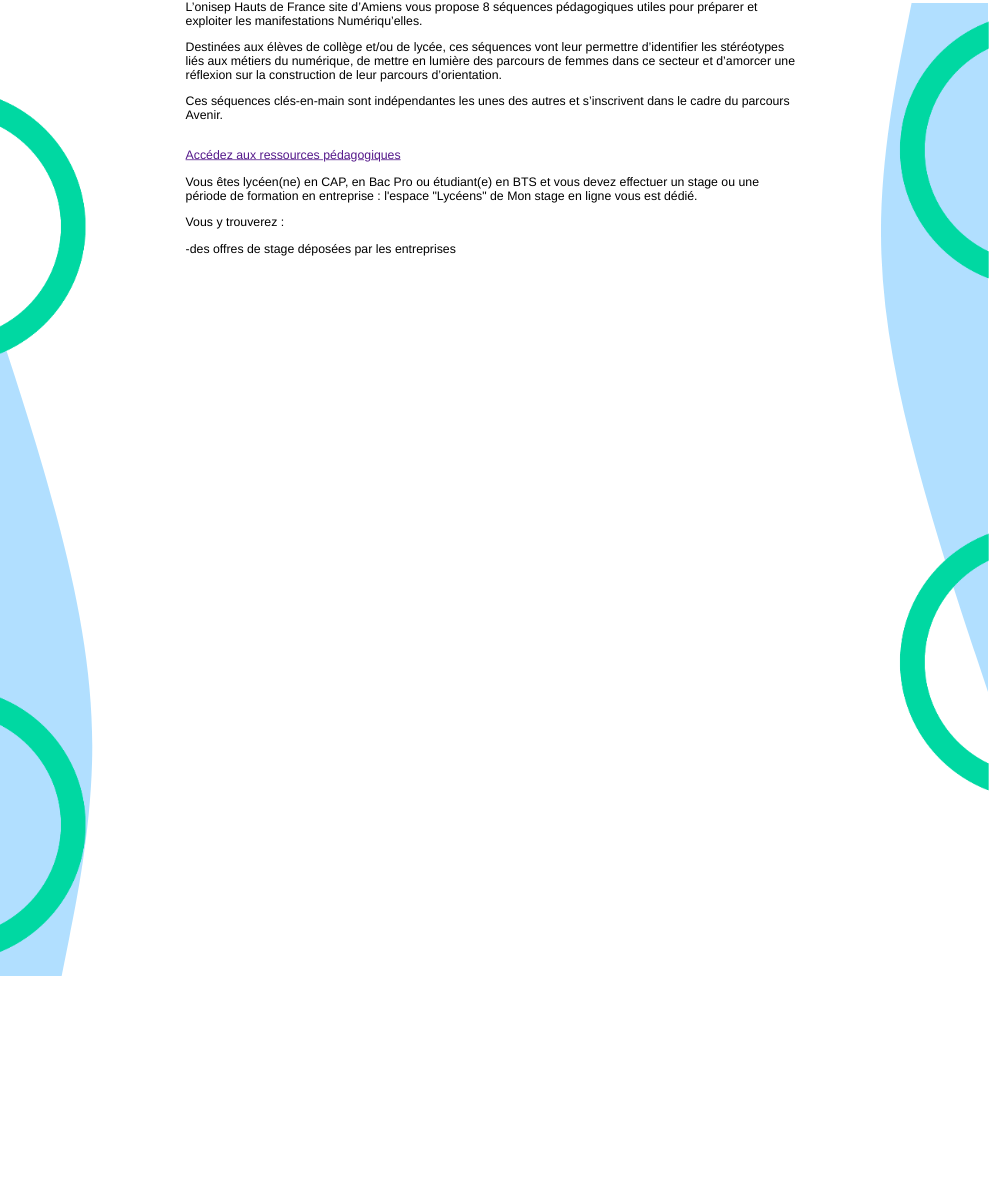
Repository: FrancisClerfayt/NumeriquElles
Page: preparation.html
These files come from the project's save history. The page is drawn as it stood at one moment and after the next save; the edit follows.
The browser window is 1280 px wide. The page is 1284 px wide, so the pictures cover 1284 px, including what lies to the right of the window. The pictures show the whole page, at 77% of full size.

Above is the page before, as saved 2020-10-27 15:59:39.

After the next save:
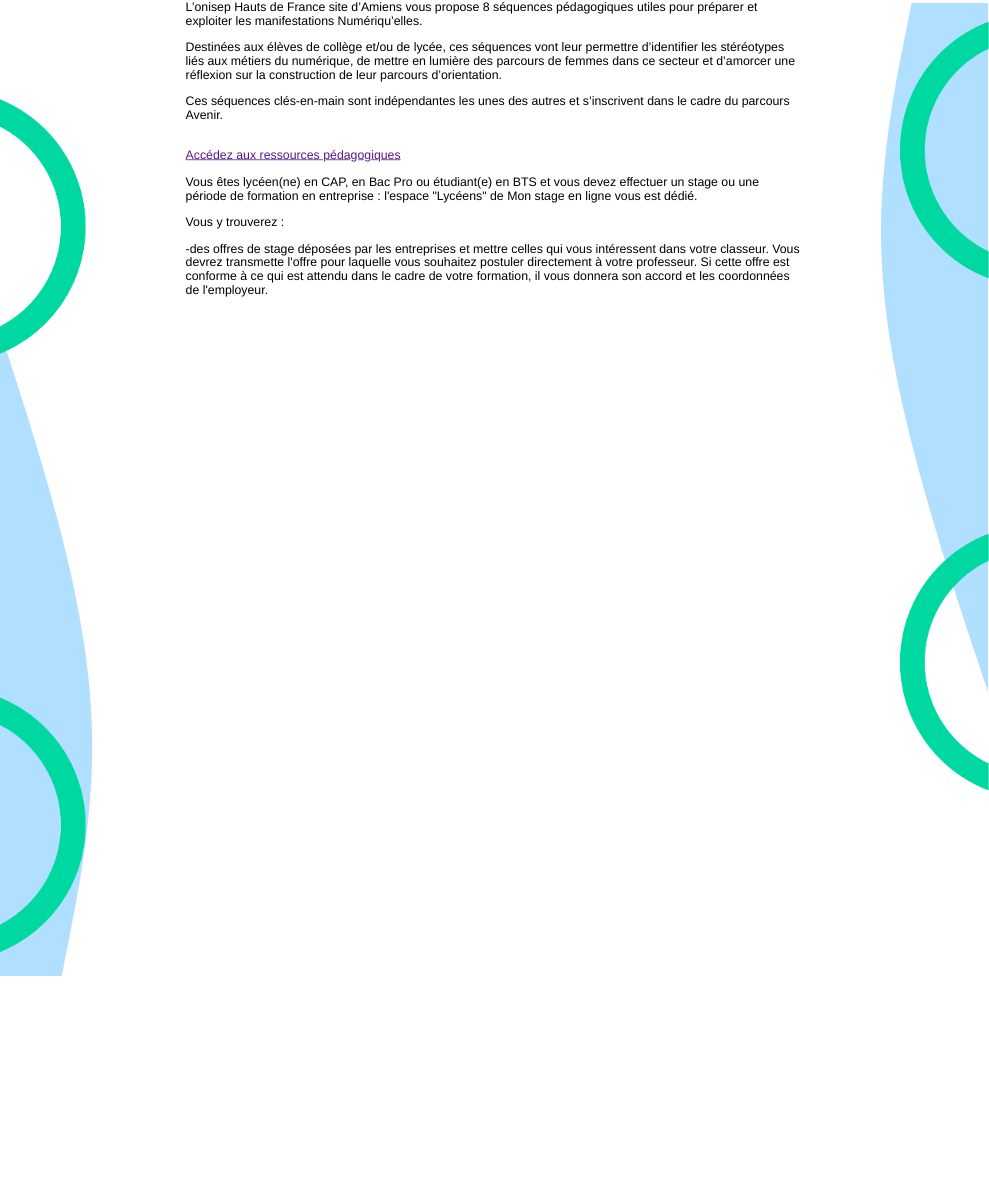
Saved 23 s later.
--- a/preparation.html
+++ b/preparation.html
@@ -30,7 +30,10 @@
             <div class="textBottomP">
                 <P class="blackF">Vous êtes lycéen(ne) en CAP, en Bac Pro ou étudiant(e) en BTS et vous devez effectuer un stage ou une période de formation en entreprise  : l'espace "Lycéens" de Mon stage en ligne vous est dédié. </P>
                 <P class="blackF">Vous y trouverez :</P>
-                <p><span class="blackF">    -des offres de stage déposées par les entreprises</span></p>
+                <p><span class="blackF">    -des offres de stage déposées par les entreprises</span> et mettre celles qui vous intéressent dans votre
+                    classeur. Vous devrez transmette l'offre pour laquelle vous souhaitez postuler directement à votre
+                    professeur. Si cette offre est conforme à ce qui est attendu dans le cadre de votre formation,  il vous
+                    donnera son accord et les coordonnées de l'employeur.</p>
                 <p><span class="blackF"></span></p>
                 <p><span class="blackF"></span></p>
                 <p><span class="blackF"></span></p>
